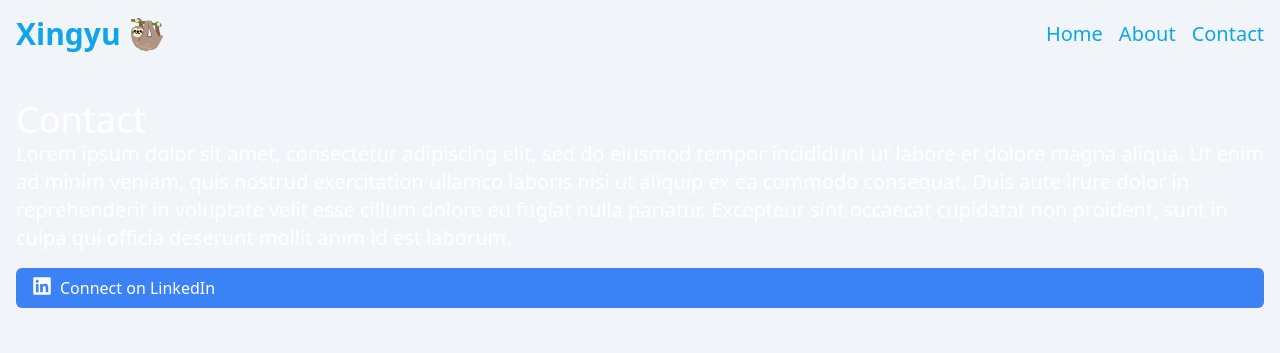
Repository: therealcyberlord/personal-portfolio
Page: /contact
The author's editor kept a copy of each file at every save. The page is drawn from the files as they stood at one save, then again after the next save.
The browser window is 1280 px wide. The pictures show the whole page.
The project was rebuilt for these pictures with package versions that can differ from the ones it lists, and the page was loaded fresh each time. Also part of the build but not shown: vite.config.ts, src/components/Profile.tsx, src/pages/Home.tsx, src/pages/About.tsx.

Above is the page before, as saved 2023-07-24 21:14:22.

After the next save:
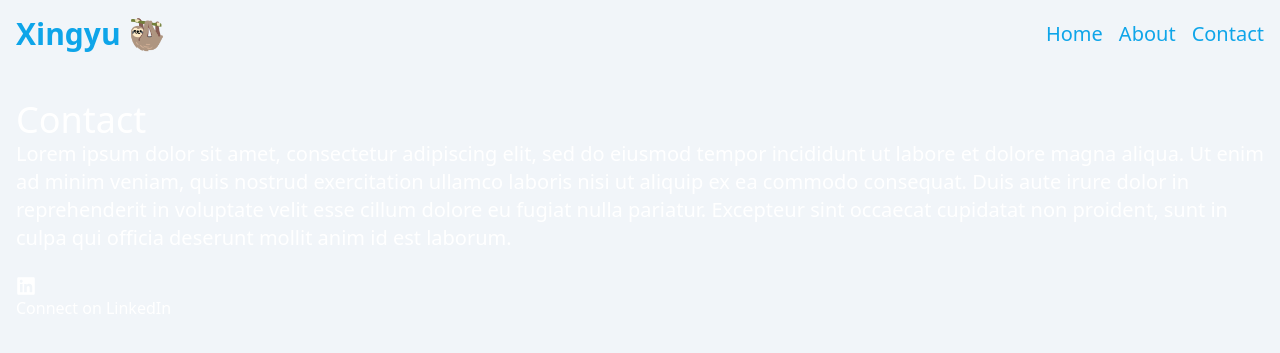
Saved 7 s later.
--- a/src/pages/Contact.tsx
+++ b/src/pages/Contact.tsx
@@ -17,7 +17,7 @@
         href="https://www.linkedin.com/in/xingyu-bian-1734bb134/"
         target="_blank" // Open the link in a new tab/window.
         rel="noopener noreferrer" // Recommended for security reasons.
-        className="flex  mt-4 bg-blue-500 text-white py-2 px-4 rounded-md"
+        className=" text-white py-2 px-4 rounded-md"
       >
         <FaLinkedin size={20} className="mr-2" />
         Connect on LinkedIn
